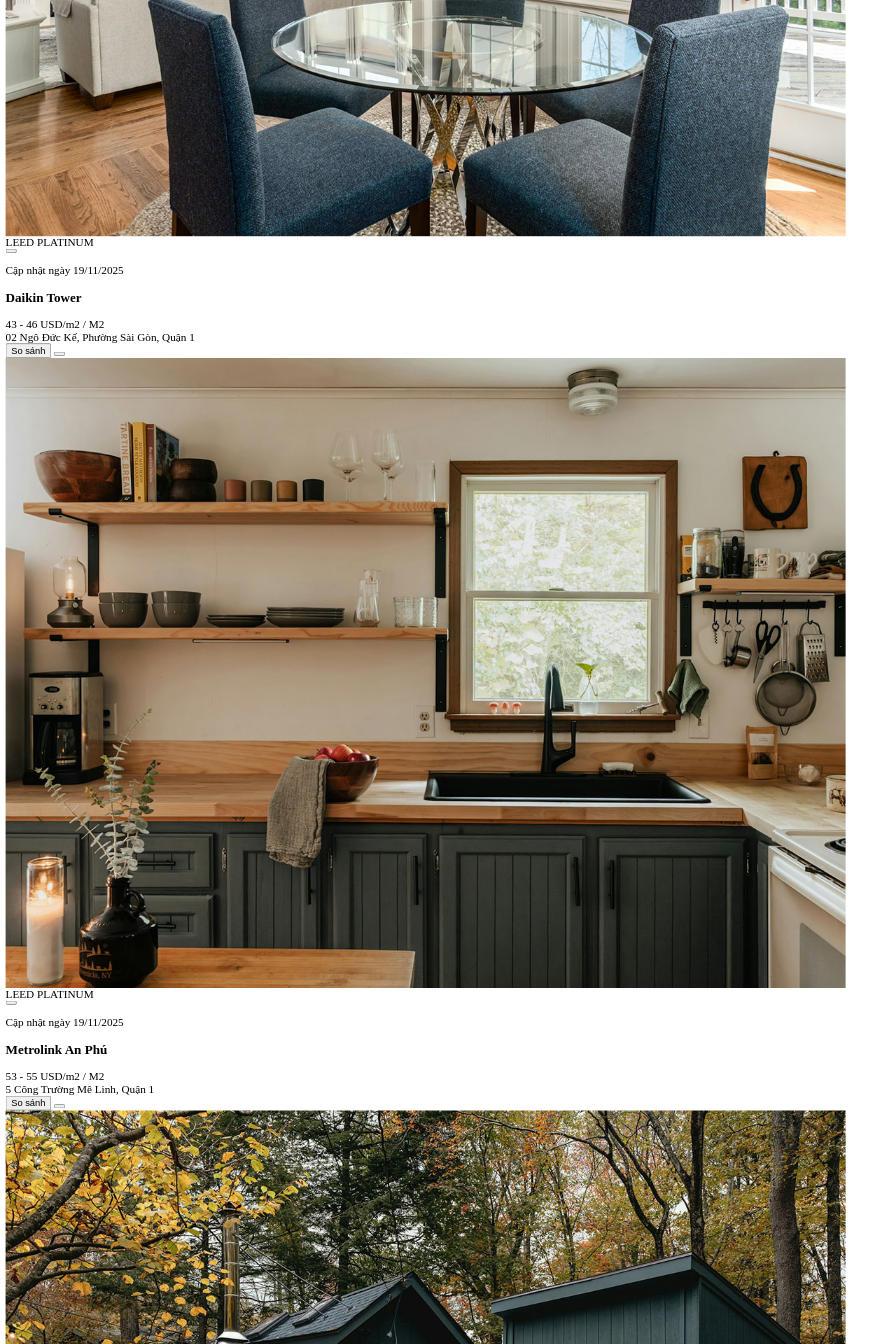
Repository: lannguyen1301/anphuholdings-main
Page: partials/office-rental/office-rental-ward-3.html
These files come from the project's save history. The page is drawn as it stood at one moment and after the next save; the edit follows.
The browser window is 1280 px wide. The pictures show the part of the page from y = 639 to 2559 px (the page is 8679 px tall), at 70% of full size.

Above is the page before, as saved 2025-12-31 14:48:47.

After the next save:
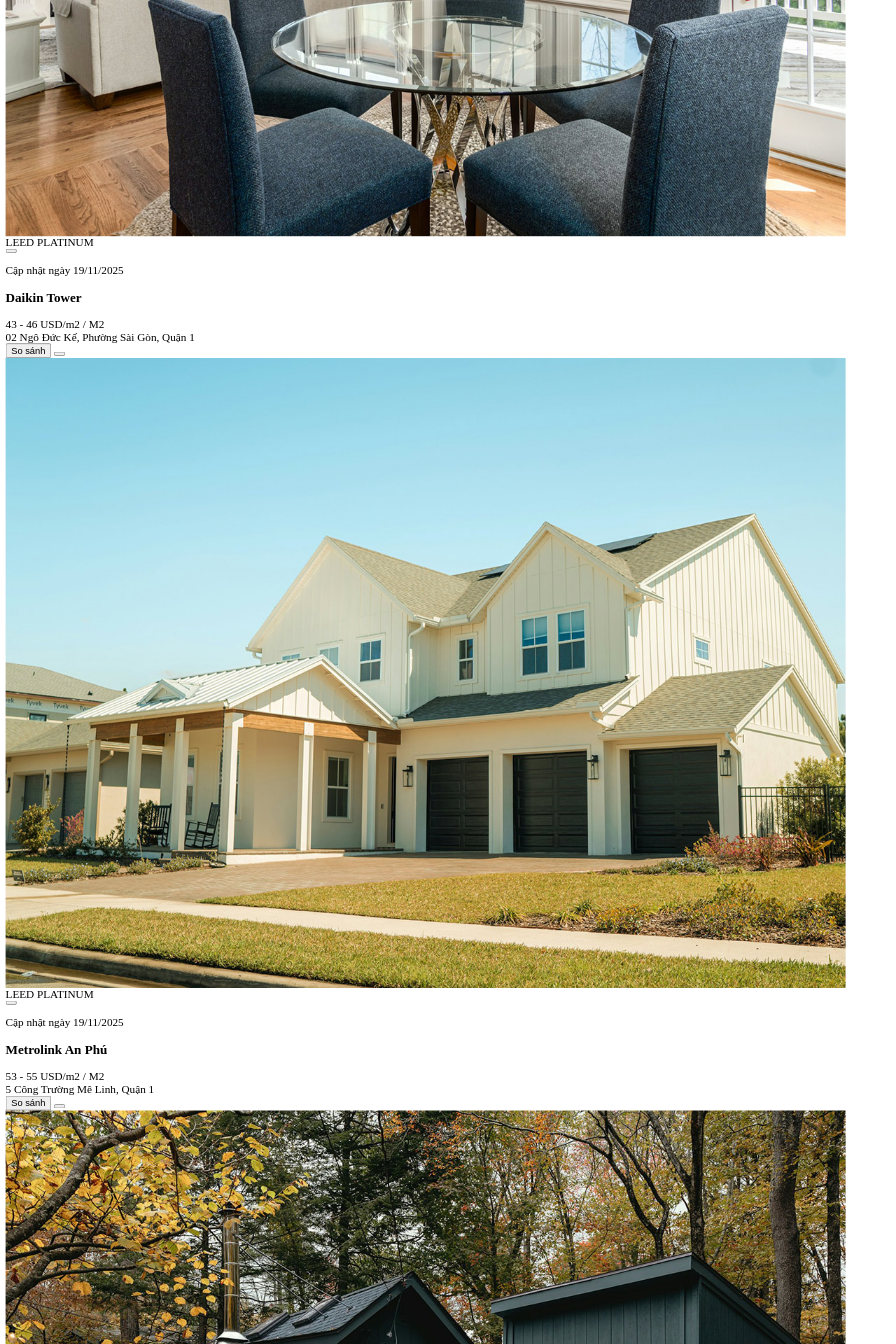
Saved 9 s later.
--- a/partials/office-rental/office-rental-ward-3.html
+++ b/partials/office-rental/office-rental-ward-3.html
@@ -79,7 +79,7 @@
                 style="width: 292px;" data-aos="fade-right">
                 <div class="relative overflow-hidden">
                     <div class="flex h-48 items-center justify-center bg-slate-200">
-                        <img src="assets/images/detail/detail-10.jpg" alt=""
+                        <img src="assets/images/detail/detail-18.jpg" alt=""
                             class="block w-full h-full object-cover aspect-4/3">
                     </div>
                     <div class="absolute left-3 top-3 rounded bg-gold px-2 py-1 text-xs font-semibold text-white">
